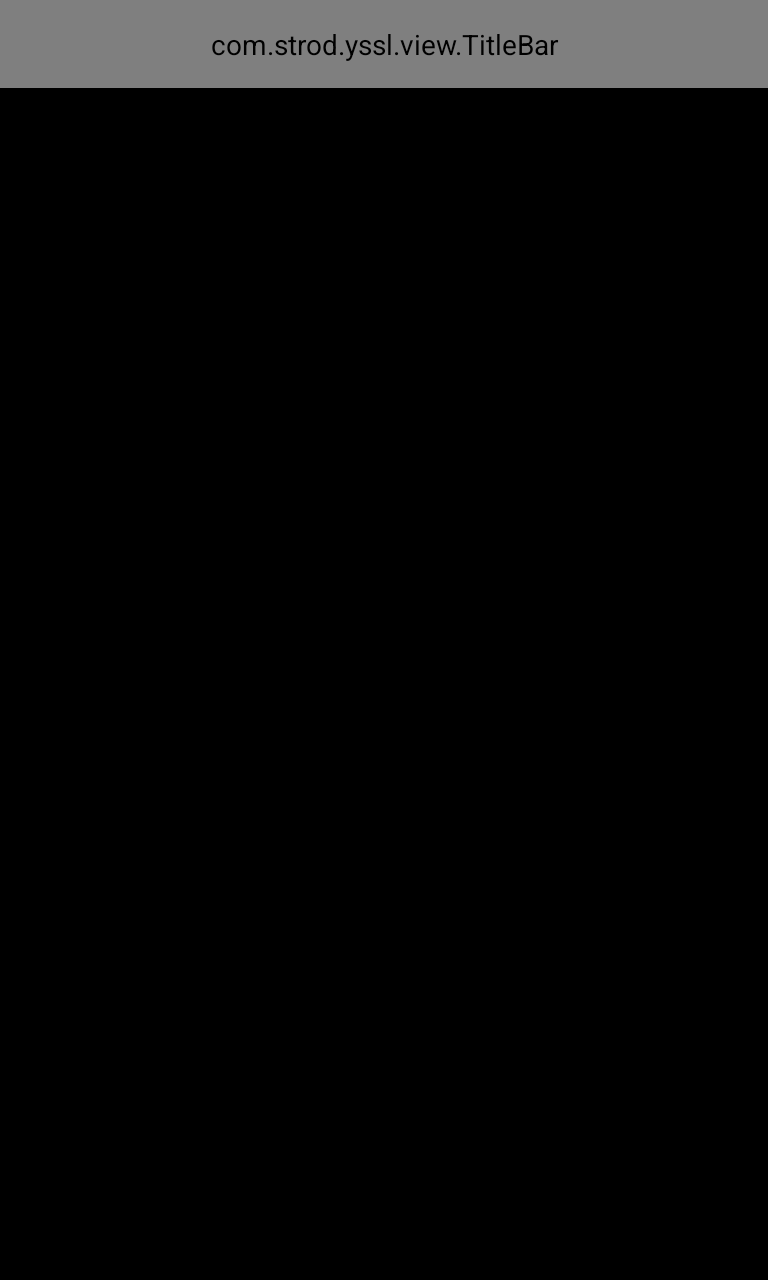
Repository: duyuan199010/atangge
Layout: yssl/res/layout/activity_details.xml
An editor plug-in stored every save of this project. The layout is shown before and after the next save, followed by the edit.
Pictures or frames that could not be fetched are drawn as grey boxes. It is drawn on a 768 x 1280 px phone screen (xhdpi) without system bars, with theme android:Theme.Black.NoTitleBar; the app's code is not run.

Above is the layout before, as saved 2015-08-15 05:26:26.

After the next save:
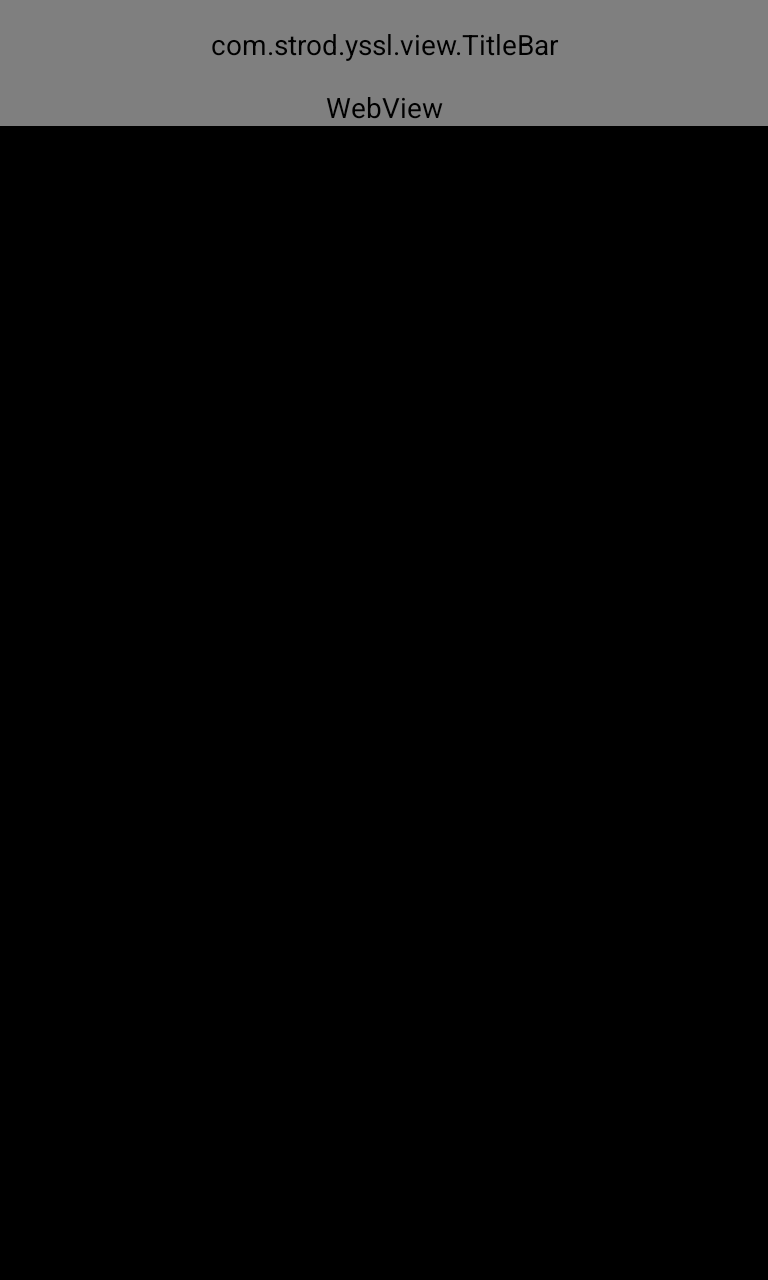
Saved 32 s later.
--- a/yssl/res/layout/activity_details.xml
+++ b/yssl/res/layout/activity_details.xml
@@ -8,6 +8,13 @@
         android:id="@+id/title_bar"
         android:layout_width="match_parent"
         android:layout_height="@dimen/title_height" />
+
+    <WebView
+        android:id="@+id/webview"
+        android:layout_width="match_parent"
+        android:layout_height="wrap_content"
+
+        />
 
     <!--
     <com.handmark.pulltorefresh.library.PullToRefreshListView
